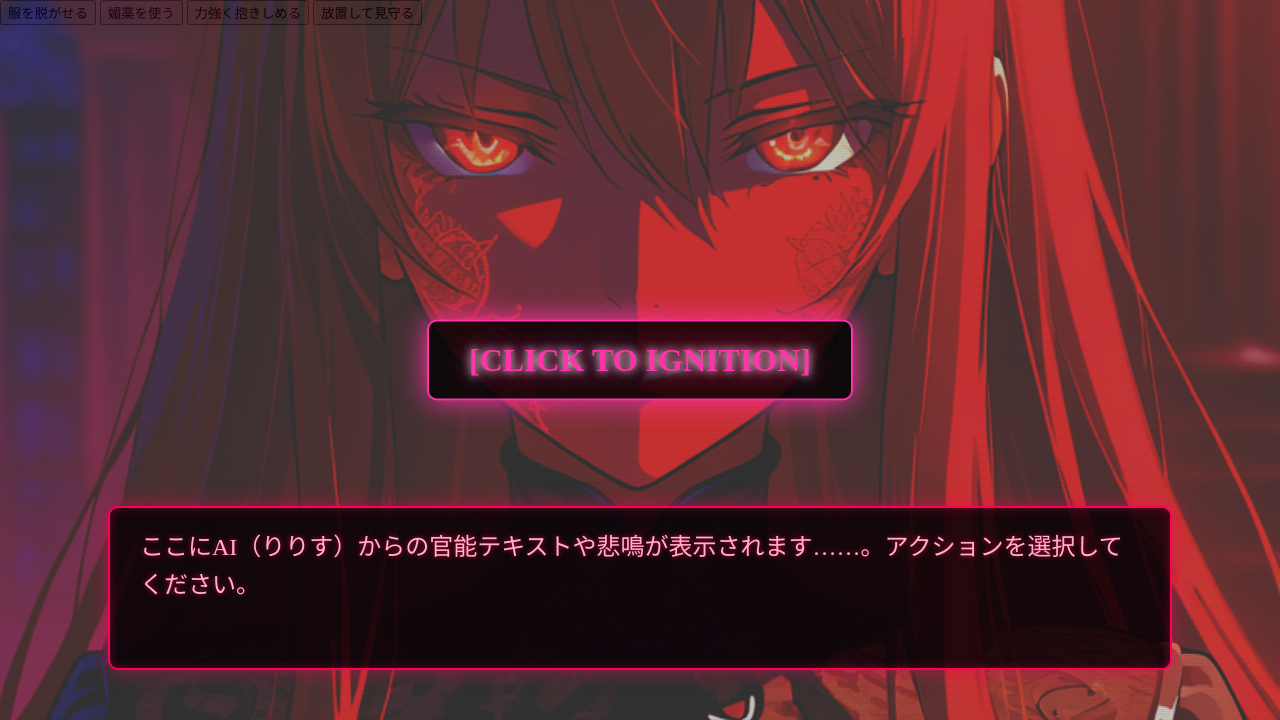
Repository: chatgdpkuesuto-sys/quest-rpg
Page: 00_Dashboard/index.html
The author's editor kept a copy of each file at every save. The page is drawn from the files as they stood at one save, then again after the next save.
The browser window is 1280 px wide. The pictures show the whole page.

Above is the page before, as saved 2026-02-20 07:23:10.

After the next save:
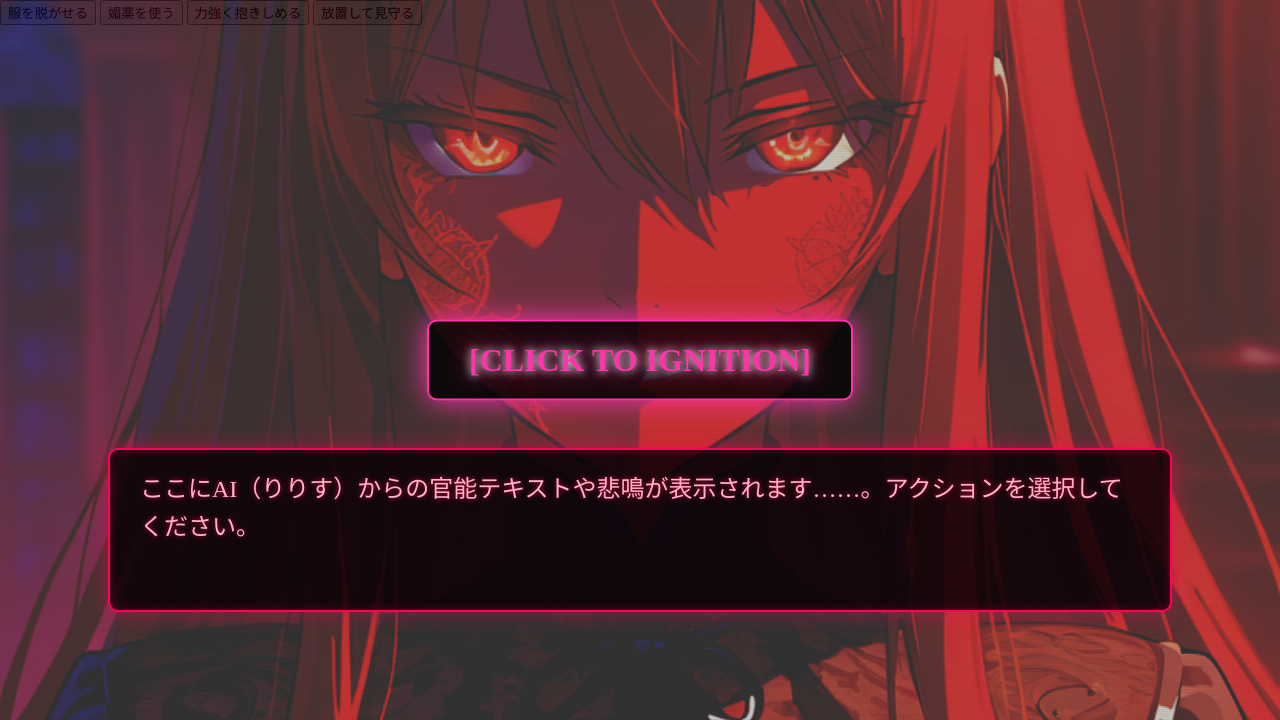
Saved 23 s later.
--- a/00_Dashboard/style.css
+++ b/00_Dashboard/style.css
@@ -8,7 +8,7 @@
 
 #dialogue-container {
     position: absolute;
-    bottom: 50px;
+    bottom: 15%;
     left: 50%;
     transform: translateX(-50%);
     width: 80%;
